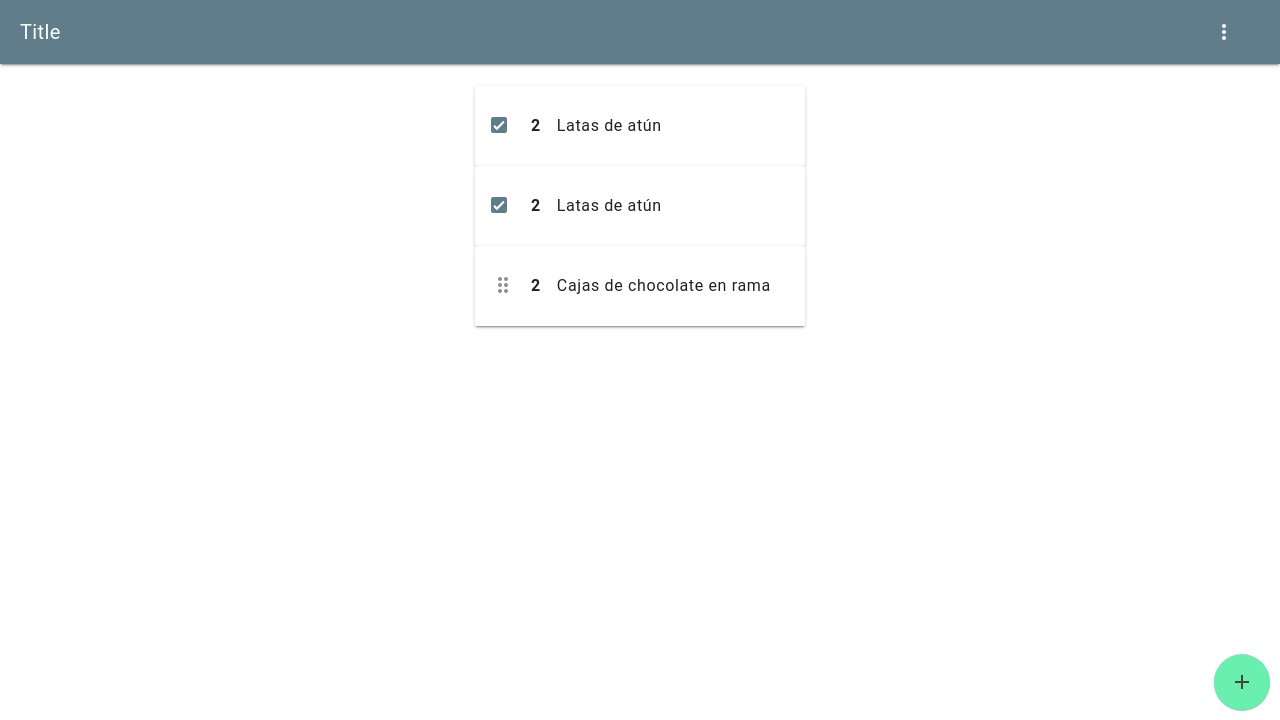
Repository: robertods/robertods.github.io
Page: my-pwa/mockups/main.html
The author's editor kept a copy of each file at every save. The page is drawn from the files as they stood at one save, then again after the next save.
The browser window is 1280 px wide. The pictures show the whole page.

Above is the page before, as saved 2022-04-25 21:05:22.

After the next save:
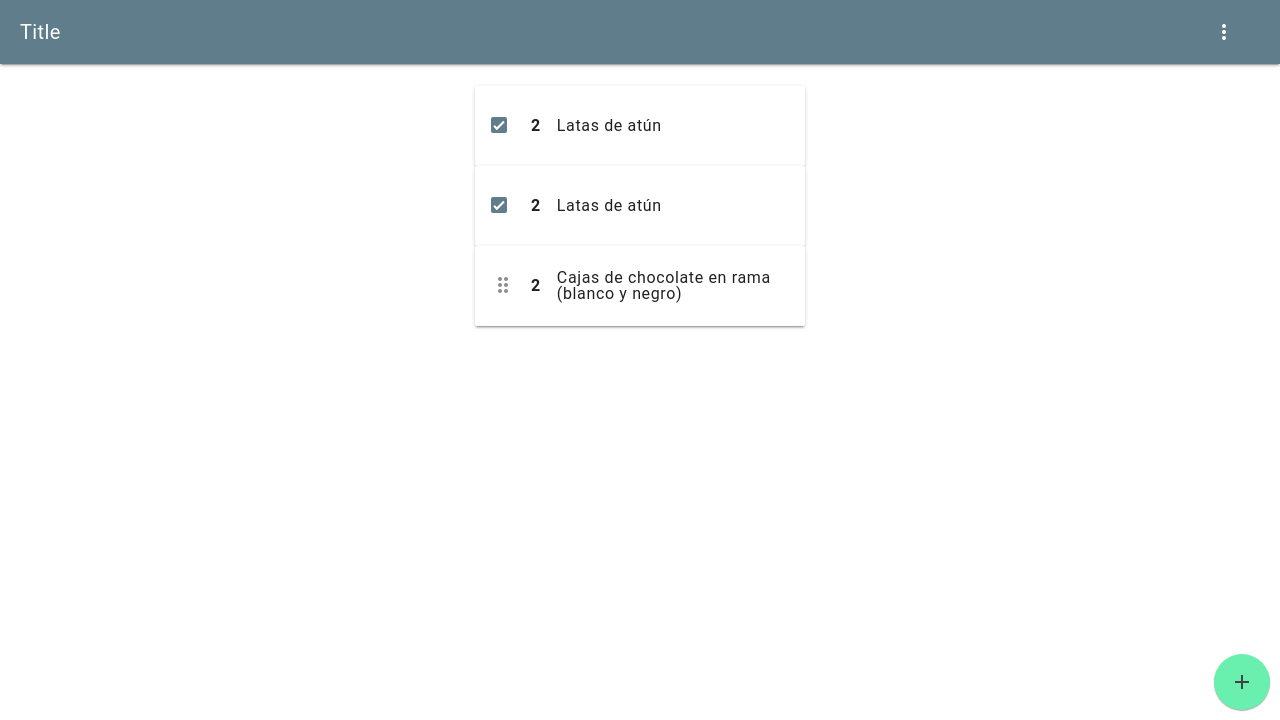
Saved 15 s later.
--- a/my-pwa/mockups/main.html
+++ b/my-pwa/mockups/main.html
@@ -61,7 +61,7 @@
             </span>
             <span class="mdl-list__item-primary-content">
               <span class="count">2</span>
-              Cajas de chocolate en rama
+              Cajas de chocolate en rama (blanco y negro)
             </span>
           </li>
         </ul>
